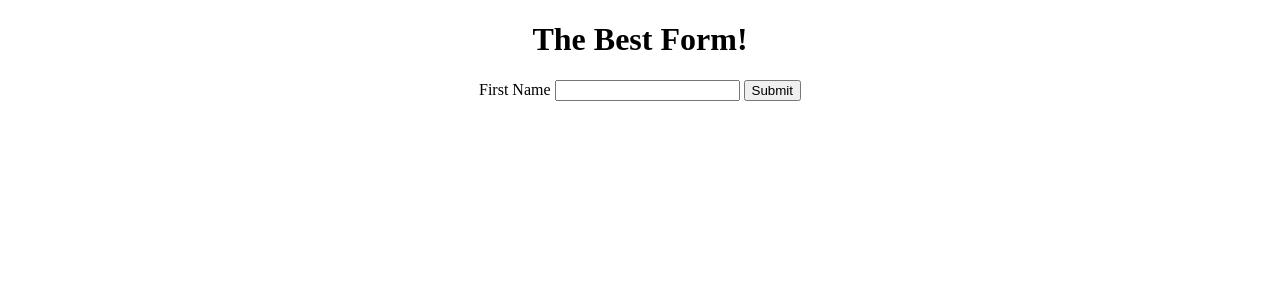
Repository: jedeyejed00/TheGameShaq
Page: http://localhost/ClassWork/Lab5/login.php
The author's editor kept a record of every edit. The page is drawn from the files as they stood at one moment, then again after the next edit.
The browser window is 1280 px wide. The pictures show the whole page.
The page is run by PHP 8.4 with error messages shown; the project is at /var/www/html/.

Above is the page before.

### ClassWork/Lab5/login.php
<!DOCTYPE html>

<html><head>



        <title>Forms</title>

    </head>

    <body><Center>

                <H1>The Best Form!</H1>

                <form action="login.php" method="get">

                    <label for ="First Name">First Name</label>

                    <input type ="Text id="FirstName" name = "FirstName">

                    <button> Submit</button>



                    </form>



 </Center>
</body>

    </html>

After the next edit:
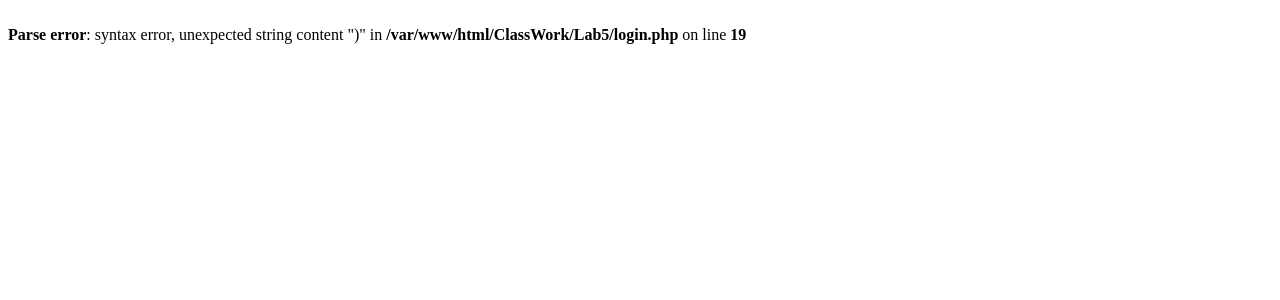
The edit:
--- a/ClassWork/Lab5/login.php
+++ b/ClassWork/Lab5/login.php
@@ -8,7 +8,17 @@
 
     </head>
 
-    <body><Center>
+    <body>
+        <?php
+        $email = "";
+        $password = "";
+
+        if($server['REQUEST_METHOD'] == 'POST')
+        {
+
+        ')
+        ?>
+        <Center>
 
                 <H1>The Best Form!</H1>
 
